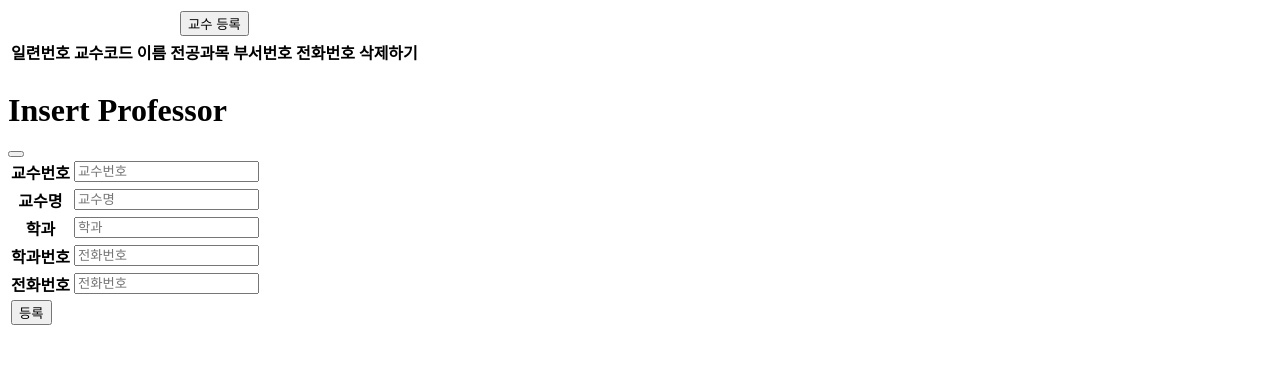
Repository: hoseolkim/restart
Page: http://localhost/HaksaManage/WEB-INF/views/staff/staffProffeserList.jsp
The author's editor kept a copy of each file at every save. The page is drawn from the files as they stood at one save, then again after the next save.
The browser window is 1280 px wide. The pictures show the whole page.
The page is served by Tomcat 9. Nobody is signed in. The template is opened directly, without the code that normally fills it, so the values that code supplies are empty.

Above is the page before, as saved 2023-10-05 16:29:43.
Console error: ReferenceError: $ is not defined

After the next save:
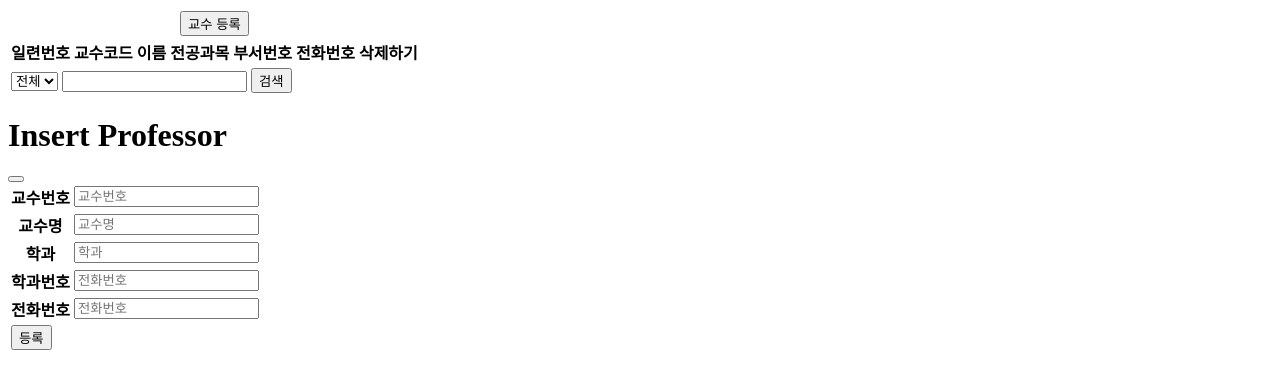
Saved 37 s later.
--- a/HaksaManage/src/main/webapp/WEB-INF/views/staff/staffProffeserList.jsp
+++ b/HaksaManage/src/main/webapp/WEB-INF/views/staff/staffProffeserList.jsp
@@ -41,6 +41,15 @@
 				<td colspan="7">
 					<div>
 						${paging.pagingHTML }
+						<div id="searchUI">
+							<select name="searchType">
+								<option value>전체</option>
+								<option value="name">이름</option>
+								<option value="address">지역</option>
+							</select>
+							<input type="text" name="searchWord" />
+							<input type="button" value="검색" id="searchBtn" />
+						</div>
 					</div>
 				</td>
 			</tr>
